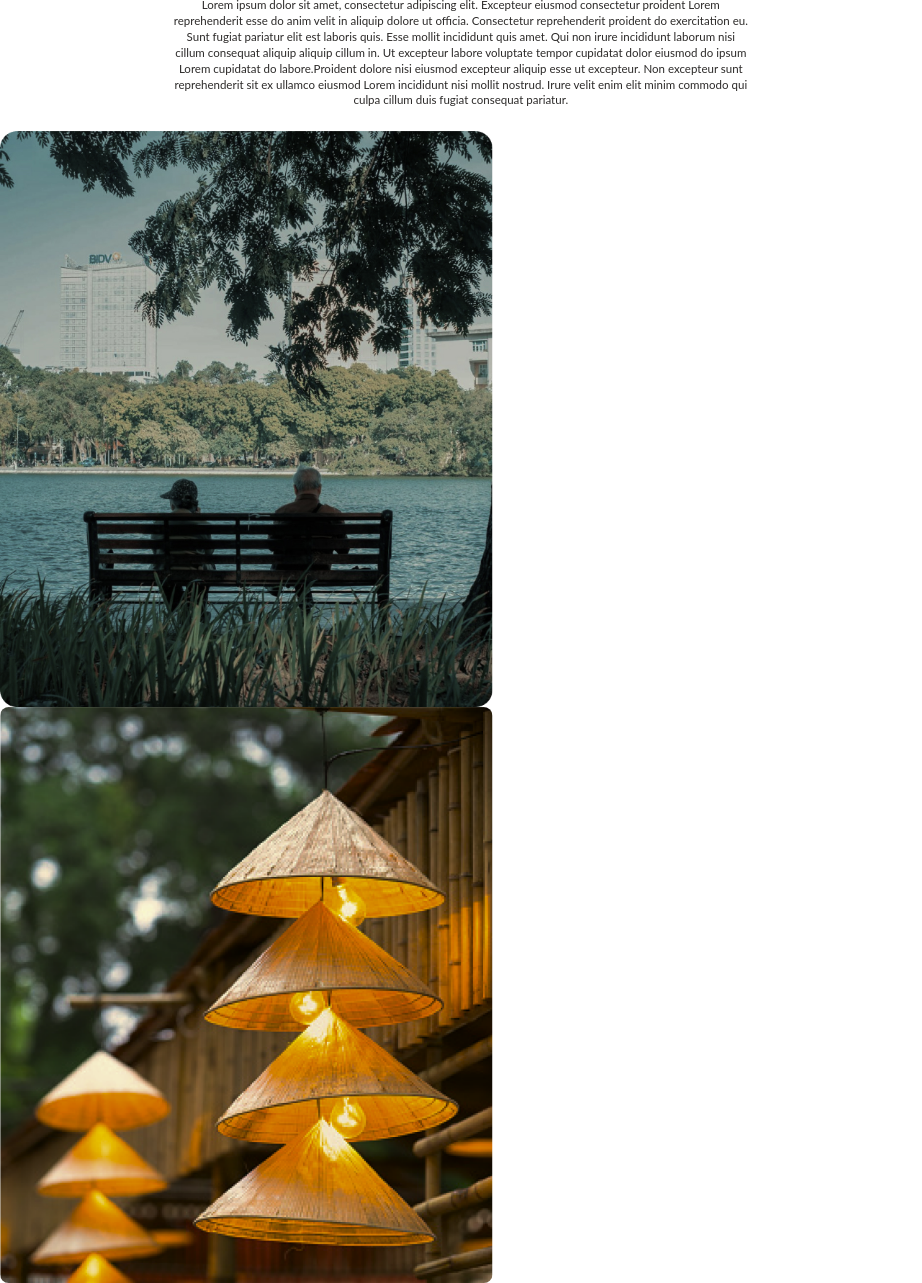
Repository: PhamNguyen2608/WGT-test
Page: index.html
These files come from the project's save history. The page is drawn as it stood at one moment and after the next save; the edit follows.
The browser window is 1280 px wide. The pictures show the part of the page from y = 782 to 2564 px (the page is 2564 px tall), at 72% of full size.
A picture or video elsewhere on the page could not be fetched, so the positions and the page height are approximate.

Above is the page before, as saved 2024-11-12 13:34:27.

After the next save:
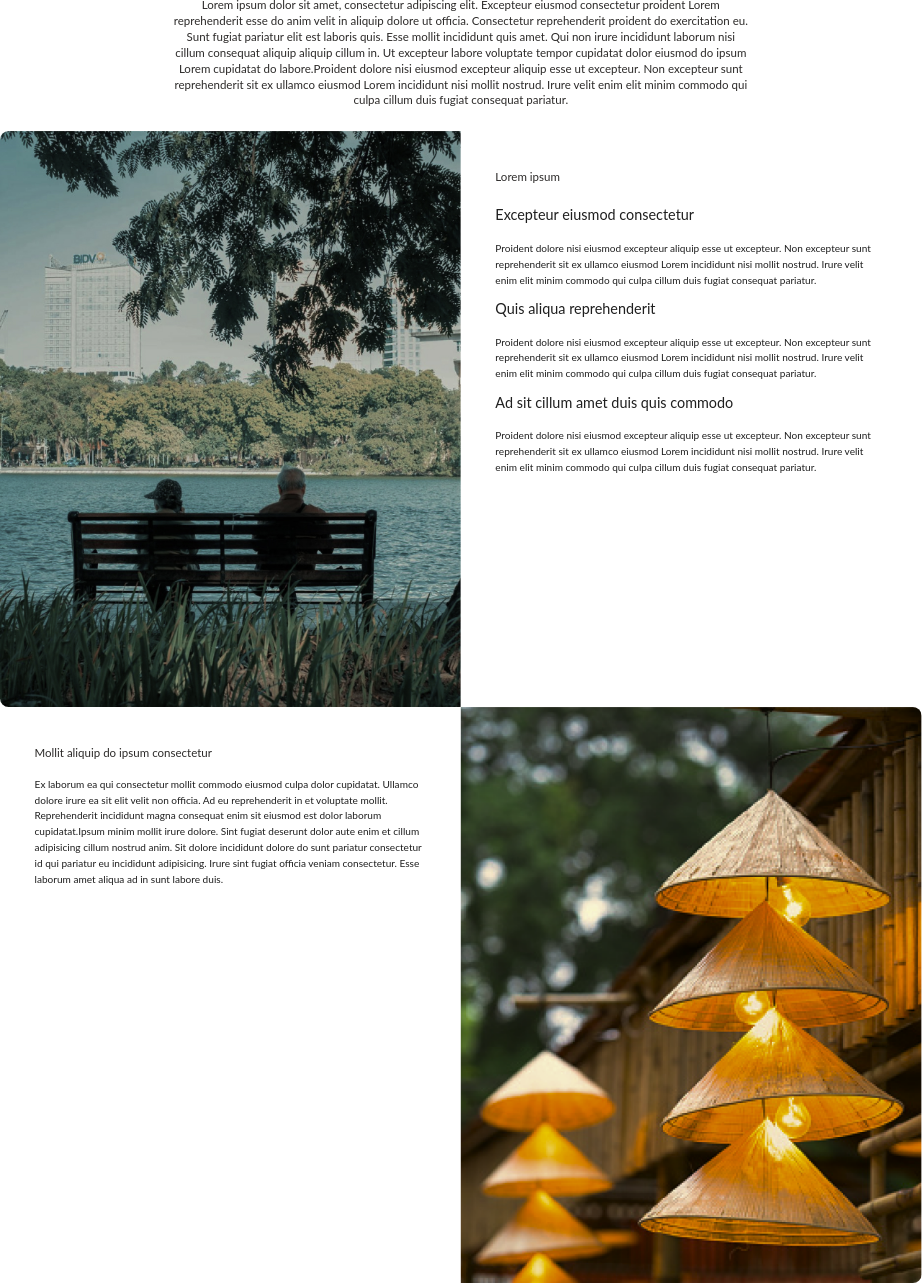
Saved 2 min 10 s later.
--- a/asset/css/components/content-section.css
+++ b/asset/css/components/content-section.css
@@ -1,5 +1,5 @@
 .content-section {
-    width: 684px;
+    width: auto;
     height: 800px;
     display: flex;
     flex-direction: row;
@@ -13,17 +13,18 @@
 }
 
 .content-image {
-    width: 684px;
+    width: 50%;
     height: 100%;
     object-fit: cover;
 }
 
 .content-text {
-    width: 684px;
+    width: 50%;
     padding: 48px;
     display: flex;
     flex-direction: column;
     gap: var(--spacing-small);
+    background-color: var(--color-background);
 }
 
 .content-title {
